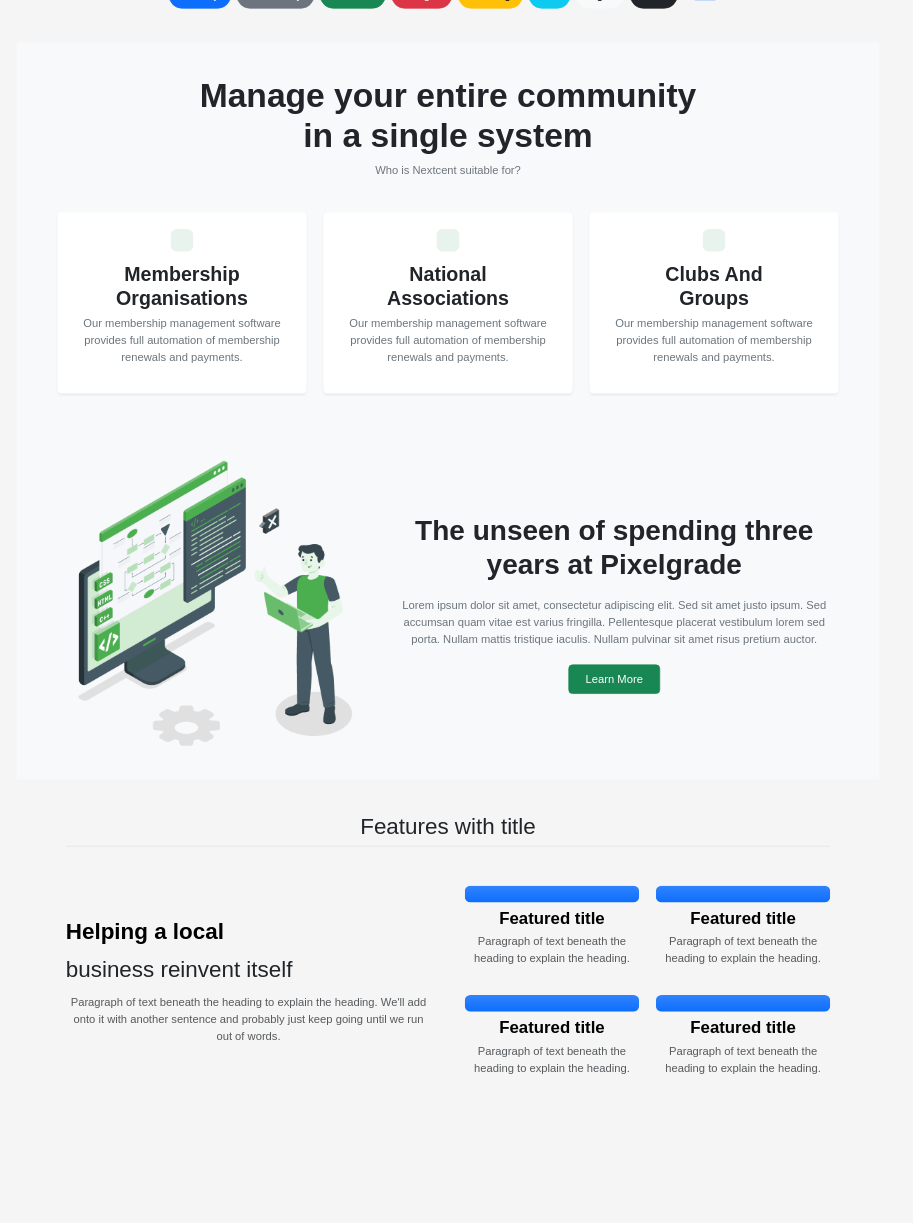
Repository: Laibaaa10/Bootstrap1
Page: index.html
The author's editor kept a copy of each file at every save. The page is drawn from the files as they stood at one save, then again after the next save.
The browser window is 1280 px wide. The page is 1304 px wide, so the pictures cover 1304 px, including what lies to the right of the window. The pictures show the part of the page from y = 1105 to 2985 px (the page is 2852 px tall before and 2985 px after), at 70% of full size.

Above is the page before, as saved 2026-06-18 07:40:58.

### index.html
<!DOCTYPE html>
<html lang="en">

<head>
    <meta charset="UTF-8">
    <meta name="viewport" content="width=device-width, initial-scale=1.0">
    <title>Navbar</title>
    <link href="https://cdn.jsdelivr.net/npm/bootstrap@5.3.3/dist/css/bootstrap.min.css" rel="stylesheet">
    <link rel="stylesheet" href="style.css">
</head>

<body>
    <!-- Navbar start  -->

    <nav class="navbar navbar-expand-lg custom-navbar">
        <div class="container">


            <a class="navbar-brand d-flex align-items-center w-" href="#">
                <img src="./images/Logo (1).png" alt="Logo" class="logo">
            </a>



            <button class="navbar-toggler" type="button" data-bs-toggle="collapse" data-bs-target="#navbarContent">
                <span class="navbar-toggler-icon"></span>
            </button>

            <div class="collapse navbar-collapse" id="navbarContent">

                <ul class="navbar-nav mx-auto mb-2 mb-lg-0">
                    <li class="nav-item">
                        <a class="nav-link active" href="#">Home</a>
                    </li>
                    <li class="nav-item">
                        <a class="nav-link" href="#">Features</a>
                    </li>
                    <li class="nav-item">
                        <a class="nav-link" href="#">Community</a>
                    </li>
                    <li class="nav-item">
                        <a class="nav-link" href="#">Blog</a>
                    </li>
                    <li class="nav-item">
                        <a class="nav-link" href="#">Pricing</a>
                    </li>
                </ul>
                <a href="#" class="btn register-btn">
                    Register Now →
                </a>

            </div>
        </div>
    </nav>
    <!-- Navbar end -->

    <!-- Hero section start  -->

    <div class="row flex-lg-row-reverse align-items-center g-5 py-5">
        <div class="col-10 col-sm-8 col-lg-6"> <img src="./images/Illustration.png" class="d-block mx-lg-auto img-fluid"
                alt="Bootstrap Themes" width="700" height="500" loading="lazy"> </div>
        <div class="col-lg-6">
            <h1 class="display-5 fw-bold text-body-emphasis lh-1 mb-3">Lessons and insights</h1>
            <h1 class="display-5 fw-bold text-body-emphasis lh-1 mb-3 bg">from 8 years</h1>
            <p class="lead">where to grow your business as a photographer: site or social media</p>
            <div class="d-grid gap-2 d-md-flex justify-content-md-start"> <button type="button"
                    class="btn btn-outline-secondary btn-lg px-4 bgcolor">Register</button> </div>
        </div>
    </div>

    <div class="px-4 py-5 my-5 text-center">
        <h1 class="display-5 fw-bold text-body-emphasis">Our Clients</h1>
        <div class="col-lg-6 mx-auto">
            <p class="lead mb-4">We have been working with some Fortune 500+ clients</p>
        </div>
        <div class="d-flex gap-2 justify-content-center py-5"> <button class="btn btn-primary rounded-pill px-3"
                type="button">Primary</button> <button class="btn btn-secondary rounded-pill px-3"
                type="button">Secondary</button> <button class="btn btn-success rounded-pill px-3"
                type="button">Success</button> <button class="btn btn-danger rounded-pill px-3"
                type="button">Danger</button> <button class="btn btn-warning rounded-pill px-3"
                type="button">Warning</button> <button class="btn btn-info rounded-pill px-3"
                type="button">Info</button> <button class="btn btn-light rounded-pill px-3" type="button">Light</button>
            <button class="btn btn-dark rounded-pill px-3" type="button">Dark</button> <button
                class="btn btn-link rounded-pill px-3" type="button">Link</button> </div>


             <section class="py-5 bg-light">
    <div class="container">

        <div class="text-center mb-5">
            <h1 class="fw-bold display-5 text-dark">
                Manage your entire community <br>
                in a single system
            </h1>

            <p class="text-secondary">
                Who is Nextcent suitable for?
            </p>
        </div>

        <div class="row g-4">
            <div class="col-md-4">
                <div class="card border-0 shadow-sm h-100 text-center p-4">

                    <div class="mx-auto bg-success bg-opacity-10 rounded-3 p-3 mb-3">
                        <i class="bi bi-people fs-2 text-success"></i>
                    </div>

                    <h3 class="fw-bold">
                        Membership <br> Organisations
                    </h3>

                    <p class="text-secondary">
                        Our membership management software provides full automation of membership renewals and payments.
                    </p>

                </div>
            </div>
            <div class="col-md-4">
                <div class="card border-0 shadow-sm h-100 text-center p-4">

                    <div class="mx-auto bg-success bg-opacity-10 rounded-3 p-3 mb-3">
                        <i class="bi bi-building fs-2 text-success"></i>
                    </div>

                    <h3 class="fw-bold">
                        National <br> Associations
                    </h3>

                    <p class="text-secondary">
                        Our membership management software provides full automation of membership renewals and payments.
                    </p>

                </div>
            </div>
            <div class="col-md-4">
                <div class="card border-0 shadow-sm h-100 text-center p-4">

                    <div class="mx-auto bg-success bg-opacity-10 rounded-3 p-3 mb-3">
                        <i class="bi bi-diagram-3 fs-2 text-success"></i>
                    </div>

                    <h3 class="fw-bold">
                        Clubs And <br> Groups
                    </h3>

                    <p class="text-secondary">
                        Our membership management software provides full automation of membership renewals and payments.
                    </p>

                </div>
            </div>

        </div>

    </div>
</section>

<section class="bg-light py-5">
    <div class="container">
        <div class="row align-items-center">

            <!-- Image Section -->
            <div class="col-lg-5 text-center mb-4 mb-lg-0">
                <img src="illustration.png" alt="Illustration"
                     class="img-fluid">
            </div>

            <!-- Content Section -->
            <div class="col-lg-7">
                <h1 class="fw-bold text-dark mb-4">
                    The unseen of spending three years at Pixelgrade
                </h1>

                <p class="text-secondary mb-4">
                    Lorem ipsum dolor sit amet, consectetur adipiscing elit.
                    Sed sit amet justo ipsum. Sed accumsan quam vitae est
                    varius fringilla. Pellentesque placerat vestibulum lorem
                    sed porta. Nullam mattis tristique iaculis. Nullam pulvinar
                    sit amet risus pretium auctor.
                </p>

                <button class="btn btn-success px-4 py-2">
                    Learn More
                </button>
            </div>

        </div>
    </div>
</section>

<div class="container px-4 py-5">
    <h2 class="pb-2 border-bottom">Features with title</h2>
    <div class="row row-cols-1 row-cols-md-2 align-items-md-center g-5 py-5">
         <div class="col d-flex flex-column align-items-start gap-2">
             <h2 class="fw-bold text-body-emphasis">Helping a local </h2>
             <h2>business reinvent itself</h2>
              <p class="text-body-secondary">Paragraph of text beneath the heading to explain the heading. We'll add onto it with another sentence and probably just keep going until we run out of words.</p>
             </div>
              <div class="col"> <div class="row row-cols-1 row-cols-sm-2 g-4">
                <div class="col d-flex flex-column gap-2">
                    <div class="feature-icon-small d-inline-flex align-items-center justify-content-center text-bg-primary bg-gradient fs-4 rounded-3">
                        <svg class="bi" width="1em" height="1em" aria-hidden="true">
                             <use xlink:href="#collection">
                             </use>
                            </svg>
                         </div>
                          <h4 class="fw-semibold mb-0 text-body-emphasis">Featured title</h4>
                           <p class="text-body-secondary">Paragraph of text beneath the heading to explain the heading.</p>
                        </div>
                         <div class="col d-flex flex-column gap-2">
                            <div class="feature-icon-small d-inline-flex align-items-center justify-content-center text-bg-primary bg-gradient fs-4 rounded-3">
                                <svg class="bi" width="1em" height="1em" aria-hidden="true">
                                     <use xlink:href="#gear-fill">
                                     </use>
                                    </svg>
                                </div>
                                 <h4 class="fw-semibold mb-0 text-body-emphasis">Featured title</h4>
                                  <p class="text-body-secondary">Paragraph of text beneath the heading to explain the heading.</p>
                                </div>
                                <div class="col d-flex flex-column gap-2">
                                     <div class="feature-icon-small d-inline-flex align-items-center justify-content-center text-bg-primary bg-gradient fs-4 rounded-3">
                                        <svg class="bi" width="1em" height="1em" aria-hidden="true"> <use xlink:href="#speedometer"></use>
                                        </svg>
                                     </div>
                                      <h4 class="fw-semibold mb-0 text-body-emphasis">Featured title</h4>
                                      <p class="text-body-secondary">Paragraph of text beneath the heading to explain the heading.</p>
                                     </div>
                                      <div class="col d-flex flex-column gap-2"> <div class="feature-icon-small d-inline-flex align-items-center justify-content-center text-bg-primary bg-gradient fs-4 rounded-3"> <svg class="bi" width="1em" height="1em" aria-hidden="true">
                                         <use xlink:href="#table"></use>
                                        </svg>
                                    </div>
                                     <h4 class="fw-semibold mb-0 text-body-emphasis">Featured title</h4>
                                     <p class="text-body-secondary">Paragraph of text beneath the heading to explain the heading.</p>
                                     </div>
                                    </div>
                                 </div>
                                 </div>
                                </div>

</body>
</html>


<!-- Hero section end  -->
        <script src="https://cdn.jsdelivr.net/npm/bootstrap@5.3.3/dist/js/bootstrap.bundle.min.js"></script>

</body>

</html>

### style.css
body {
    margin: 0;
    background: #f5f5f5;
    font-family: Arial, sans-serif;
}

.custom-navbar {
    background: #ffffff;
    padding: 12px 0;
    box-shadow: 0 1px 5px rgba(0,0,0,0.05);
}

.logo {
    height: 45px;
    width: auto;
}

.navbar-nav .nav-link {
    color: #333;
    font-size: 15px;
    font-weight: 500;
    margin: 0 12px;
    transition: 0.3s;
}

.navbar-nav .nav-link:hover,
.navbar-nav .nav-link.active {
    color: #28a745;
}

.register-btn {
    background: #4CAF50;
    color: #fff;
    padding: 10px 24px;
    border-radius: 4px;
    font-size: 14px;
    font-weight: 500;
    text-decoration: none;
    transition: 0.3s;
}

.register-btn:hover {
    background: #43a047;
    color: #fff;
}

@media (max-width: 991px) {
    .navbar-nav {
        text-align: center;
        padding: 15px 0;
    }

    .register-btn {
        display: block;
        width: fit-content;
        margin: 15px auto 0;
    }
}
.bgcolor{
    background-color: #4CAF4F;
    text-decoration: none;
    color: white;
}

After the next save:
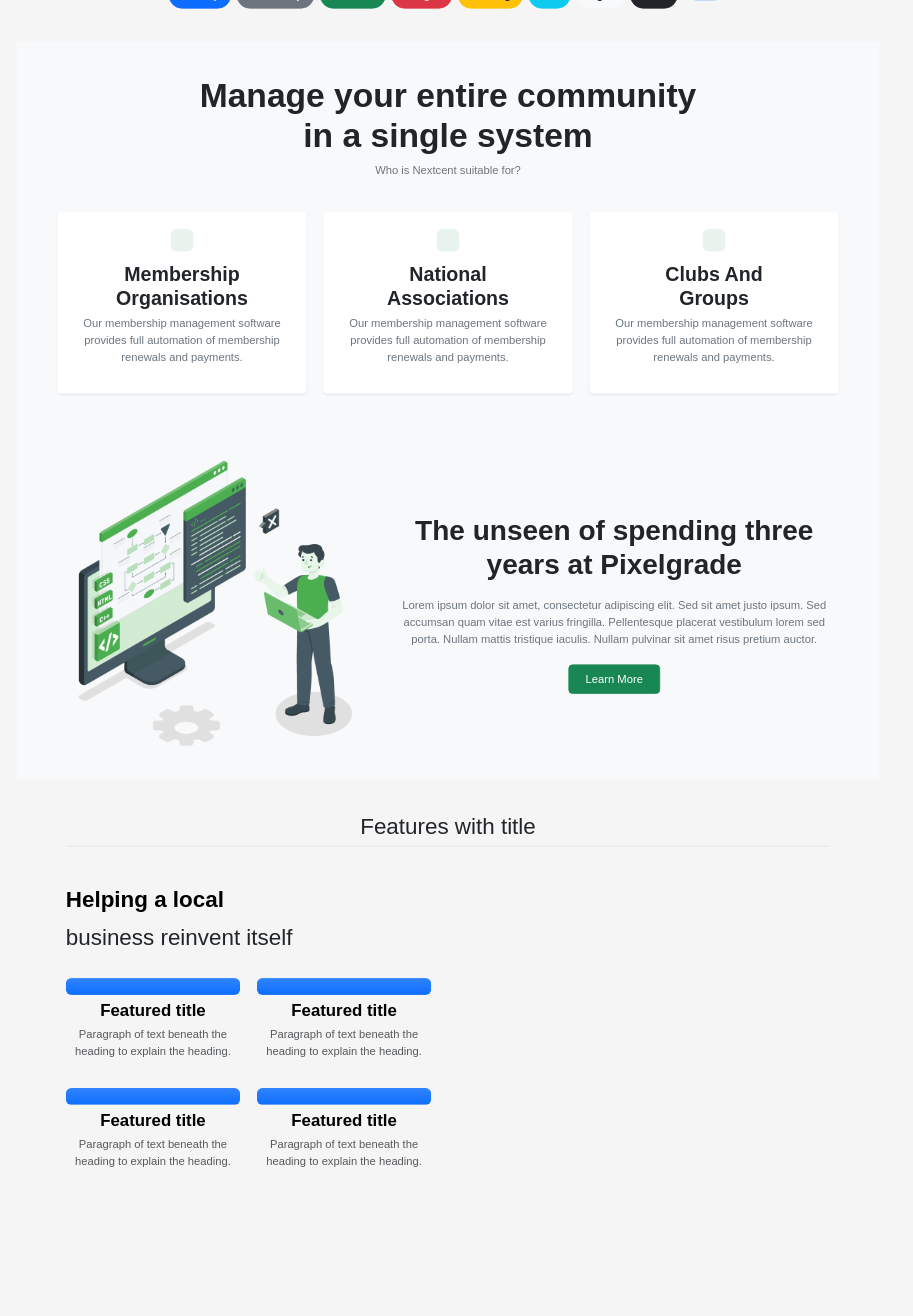
Saved 11 s later.
--- a/index.html
+++ b/index.html
@@ -195,7 +195,7 @@
          <div class="col d-flex flex-column align-items-start gap-2">
              <h2 class="fw-bold text-body-emphasis">Helping a local </h2>
              <h2>business reinvent itself</h2>
-              <p class="text-body-secondary">Paragraph of text beneath the heading to explain the heading. We'll add onto it with another sentence and probably just keep going until we run out of words.</p>
+              <p class="text-body-seconda</p>
              </div>
               <div class="col"> <div class="row row-cols-1 row-cols-sm-2 g-4">
                 <div class="col d-flex flex-column gap-2">
